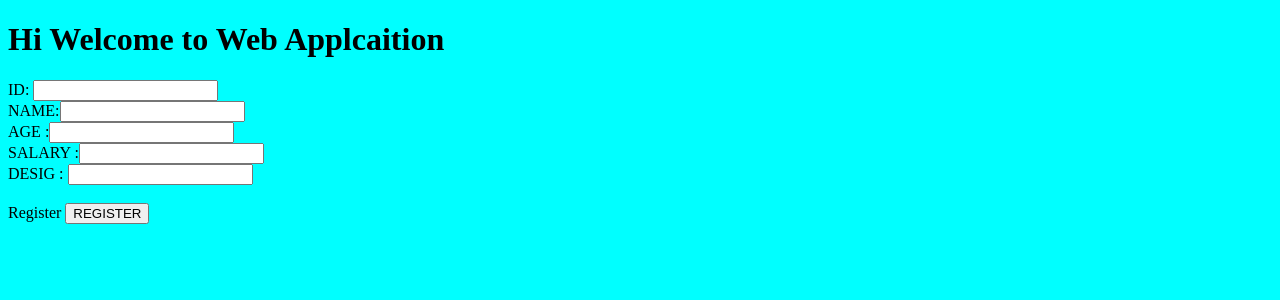
Repository: Thaneshwara848/TCS_B1
Page: WebDemo1/src/main/webapp/Register.html
An editor plug-in stored every save of this project. The page is shown before and after the next save, followed by the edit.
The browser window is 1280 px wide. The pictures show the whole page.

Above is the page before, as saved 2022-11-14 04:09:33.

### WebDemo1/src/main/webapp/Register.html
<!DOCTYPE html>
<html>
<head>
<meta charset="UTF-8">
<title>Insert title here</title>
</head>
<body bgcolor="cyan">
	<h1> Hi Welcome to Web Applcaition </h1>

	ID: <input type="text" > <br>
	NAME:<input type="text" ><br>
	AGE :<input type="text" ><br>
	SALARY :<input type="text" ><br>
	DESIG : <input type="text" ><br><br>

	Register <input type="submit"  value="REGISTER">



</body>
</html>

After the next save:
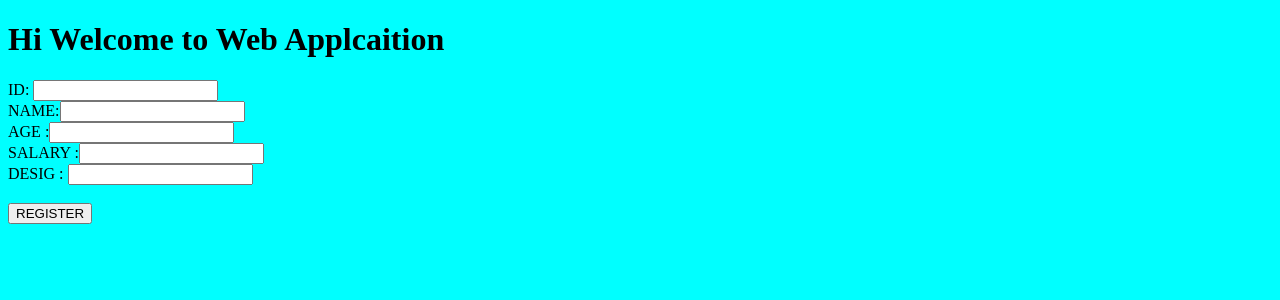
Saved 30 s later.
--- a/WebDemo1/src/main/webapp/Register.html
+++ b/WebDemo1/src/main/webapp/Register.html
@@ -13,7 +13,7 @@
 	SALARY :<input type="text" ><br>
 	DESIG : <input type="text" ><br><br>
 
-	Register <input type="submit"  value="REGISTER">
+	<input type="submit"  value="REGISTER">
 
 
 
